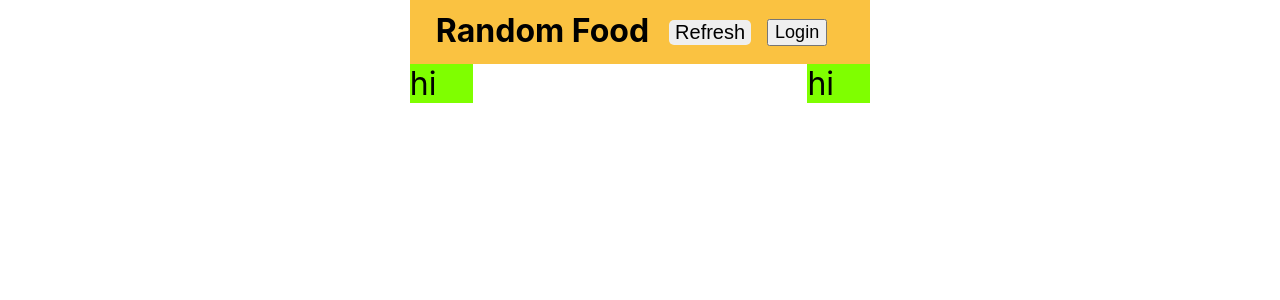
Repository: limjoohyun2030/random-food
Page: /random-food/home
These files come from the project's save history. The page is drawn as it stood at one moment and after the next save; the edit follows.
The browser window is 1280 px wide. The pictures show the whole page.
The page's requests for data from a server got no answer. The project was rebuilt for these pictures with package versions that can differ from the ones it lists, and the page was loaded fresh each time. A package was used in the major version that the imports need, not the one package.json lists. No one was signed in, and anything a server would have sent is missing. Also part of the build but not shown: src/components/food_detail/food_detail.module.css, src/components/food_detail/food_detail.jsx, src/components/food_item/food_item.module.css, src/components/food_item/food_item.jsx, src/components/login/login.module.css, src/components/login/login.jsx.

Above is the page before, as saved 2021-11-11 02:23:44.

After the next save:
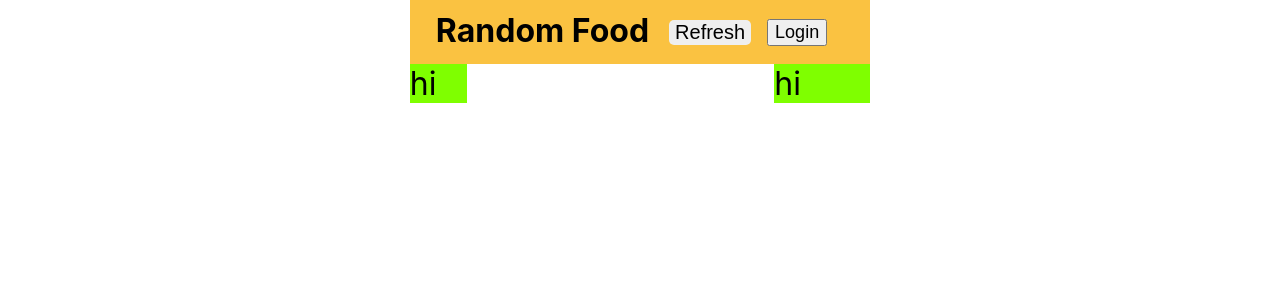
Saved 9 s later.
--- a/src/components/food_list/food_list.module.css
+++ b/src/components/food_list/food_list.module.css
@@ -22,7 +22,7 @@
 .sidebarRight {
   background-color: chartreuse;
   font-size: 2em;
-  width: 15%;
+  width: 25%;
 }
 
 @media screen and (max-width: 769px) {
